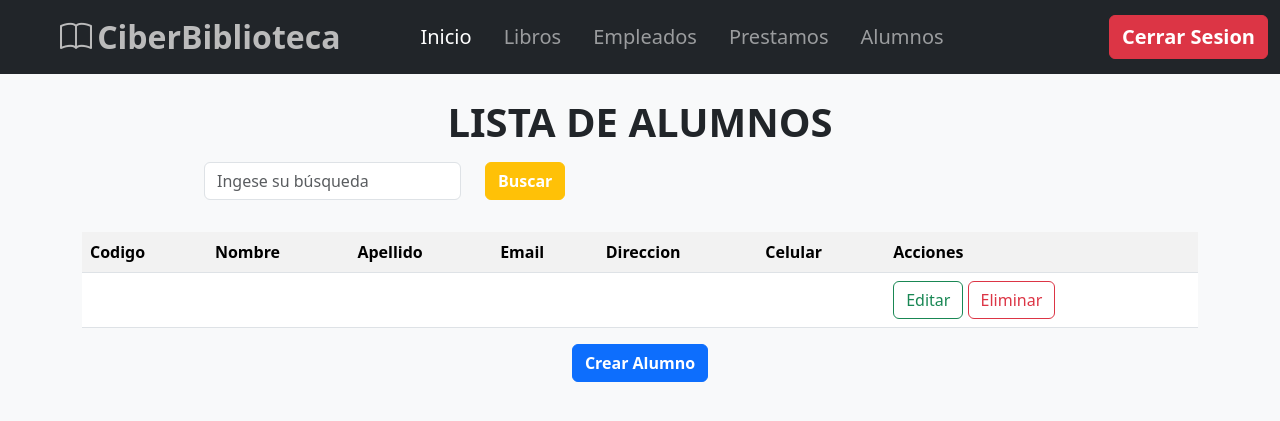
Repository: WilmerOcampo/LP1_Biblioteca
Page: http://localhost/Proyecto/listaAlumnos.jsp
The author's editor kept a copy of each file at every save. The page is drawn from the files as they stood at one save, then again after the next save.
The browser window is 1280 px wide. The pictures show the whole page.
The page is served by Tomcat 10. Other server files are loaded and not shown.

Above is the page before, as saved 2023-05-31 16:28:50.

### Proyecto/src/main/webapp/listaAlumnos.jsp
<%@ page language="java" contentType="text/html; charset=ISO-8859-1"
    pageEncoding="ISO-8859-1"%>
<!DOCTYPE html>
<html>
<head>
<meta charset="ISO-8859-1">
<title>Alumnos</title>
<link href="https://cdn.jsdelivr.net/npm/bootstrap@5.3.0-alpha3/dist/css/bootstrap.min.css" rel="stylesheet"
    integrity="sha384-KK94CHFLLe+nY2dmCWGMq91rCGa5gtU4mk92HdvYe+M/SXH301p5ILy+dN9+nJOZ" crossorigin="anonymous">
<link rel="stylesheet" href="https://cdn.jsdelivr.net/npm/bootstrap-icons@1.8.1/font/bootstrap-icons.css">
</head>

<body class="bg-light">

<!-- Inicio del menu -->
      <nav class="navbar navbar-expand-md navbar-dark bg-dark">
        <div class="container-fluid">

        <!-- icono o nombre -->
        <a class="navbar-brand" href="#" style="padding-left: 3rem; padding-right: 3rem;">
            <i class="bi bi-book" style="font-size: 2rem; color:#bbb"></i>
            <span style="font-size: 2rem; color:#bbb"><b>CiberBiblioteca</b></span>
          </a>

        <!-- boton del menu -->
        <button class="navbar-toggler" type="button" data-bs-toggle="collapse" data-bs-target="#menu" aria-controls="navbarSupportedContent" aria-expanded="false" aria-label="Toggle navigation">
            <span class="navbar-toggler-icon"></span>
        </button>

          <!-- elementos del menu colapsable -->
        <div class="collapse navbar-collapse" id="menu">
            <ul class="navbar-nav me-auto" style="font-size: 20px">
                  <li class="nav-item" style="margin:0 0.5rem">
                    <a class="nav-link active" aria-current="page" href="index.jsp">Inicio</a>
                  </li>
                  <li class="nav-item" style="margin:0 0.5rem">
                    <a class="nav-link" href="listaLibros.jsp">Libros</a>
                  </li>
                  <li class="nav-item" style="margin:0 0.5rem">
                    <a class="nav-link" href="listaEmpleados.jsp">Empleados</a>
                  </li>
                  <li class="nav-item" style="margin:0 0.5rem">
                    <a class="nav-link" href="listaPrestamos.jsp">Prestamos</a>
                  </li>
                  <li class="nav-item" style="margin:0 0.5rem">
                    <a class="nav-link" href="listaAlumnos.jsp">Alumnos</a>
                  </li>
                 </ul>

          <hr class="d-md-none text-white-50">

         <!--boton Informacion -->
          <form class="d-flex">
            <button class="btn btn-danger d-none d-md-inline-block " type="submit" style="font-size: 20px; font-weight:600"><a href="login.jsp" style="text-decoration: none; color: #fff">Cerrar Sesion</a></button>
          </form>
        </div>
        </div>
      </nav>

	<br>
    <h1 class="d-flex justify-content-center" style="text-transform: uppercase;"><strong>Lista de Alumnos</strong></h1>

    <nav class="navbar">
        <div class="container-fluid">
            <form class="d-flex" role="search" style="margin-left: 12rem">
                <input class="form-control me-4" type="search" placeholder="Ingese su búsqueda" aria-label="Search">
                <button class="btn btn-warning" type="submit" style="color: #fff; font-weight:600">Buscar</button>
            </form>
        </div>
    </nav><br>

    <div class="container">

        <table class="table table-striped">
            <tr>
                <th scope="col">Codigo</th>
                <th scope="col">Nombre</th>
                <th scope="col">Apellido</th>
                <th scope="col">Email</th>
                <th scope="col">Direccion</th>
                <th scope="col">Celular</th>
                <th scope="col">Acciones</th>
            </tr>

            <tr>
                <th></th>
                <td></td>
                <td></td>
                <td></td>
                <td></td>
                <td></td>
                <td><a class="btn btn-outline-success" href="">Editar</a>
                    <a class="btn btn-outline-danger" href="#" onclick="confirmarEliminacion()">Eliminar</a>
                </td>
            </tr>
        </table>

        <div class="d-flex justify-content-center">
            <input class="btn btn-primary" type="button" value="Crear Alumno" style="color: #fff; font-weight:600"
                onclick="window.location.href='registrarAlumno.jsp'">
        </div>

    </div>

    <script src="https://cdn.jsdelivr.net/npm/bootstrap@5.3.0-alpha3/dist/js/bootstrap.bundle.min.js"
        integrity="sha384-ENjdO4Dr2bkBIFxQpeoTz1HIcje39Wm4jDKdf19U8gI4ddQ3GYNS7NTKfAdVQSZe"
        crossorigin="anonymous"></script>

<script>
	function confirmarEliminacion(codigo) {
		if (confirm("¿Estás seguro de que deseas eliminar este registro?")) {
			window.location.href = "ControladorClientes?instruccion=eliminar&codigo=" + codigo;
		}
	}
</script>

</body>
</html>

After the next save:
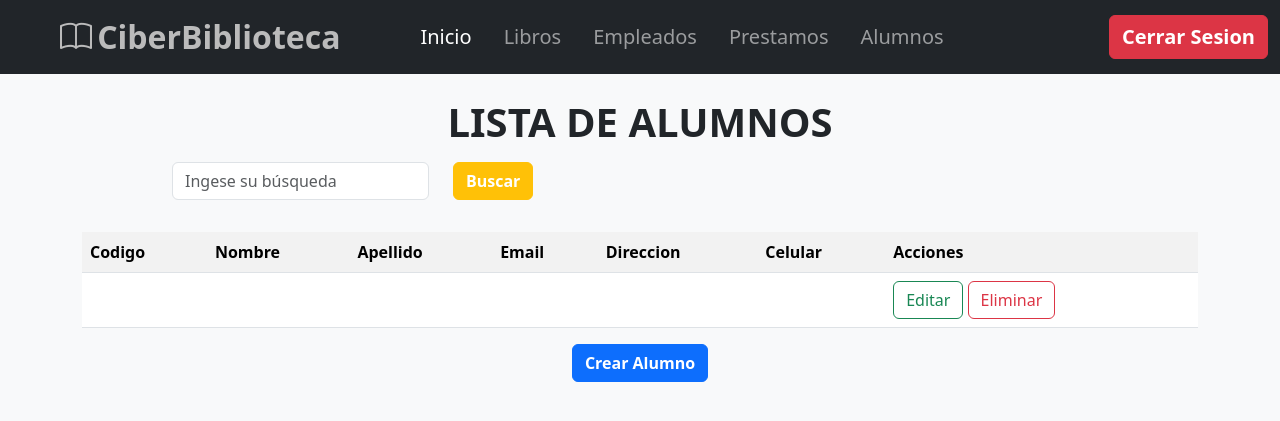
Saved 6 s later.
--- a/Proyecto/src/main/webapp/listaAlumnos.jsp
+++ b/Proyecto/src/main/webapp/listaAlumnos.jsp
@@ -62,7 +62,7 @@
 
     <nav class="navbar">
         <div class="container-fluid">
-            <form class="d-flex" role="search" style="margin-left: 12rem">
+            <form class="d-flex" role="search" style="margin-left: 10rem">
                 <input class="form-control me-4" type="search" placeholder="Ingese su búsqueda" aria-label="Search">
                 <button class="btn btn-warning" type="submit" style="color: #fff; font-weight:600">Buscar</button>
             </form>
